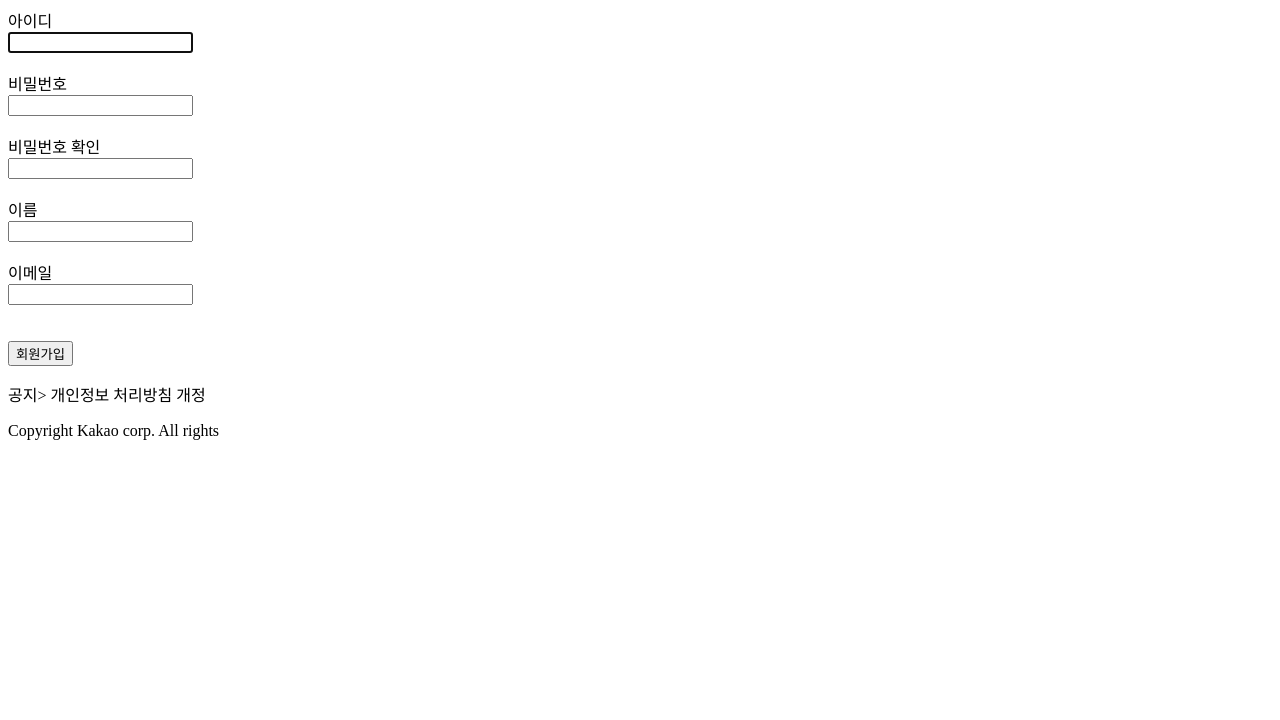
Repository: pokrogo2/test_repository
Page: http://localhost/ex_model2/member/join.jsp
An editor plug-in stored every save of this project. The page is shown before and after the next save, followed by the edit.
The browser window is 1280 px wide. The pictures show the whole page.
The page is served by Tomcat 9. Other server files are loaded and not shown.

Above is the page before, as saved 2021-06-12 19:21:31.

### ex_model2/WebContent/member/join.jsp
<%@ page language="java" contentType="text/html; charset=UTF-8"
    pageEncoding="UTF-8"%>
<!DOCTYPE html>
<html>
<head>
<meta charset="UTF-8">
<title>Insert title here</title>
</head>
<body>

<div class="join_form">
	<form action="join.m" id="f" method="post">
		<%-- 아이디 --%>
		<span class="title">아이디</span><br>
		<input type="text" name="id" id="id" autofocus><br>
		<span class="message" id="id_message"></span><br>
		<%-- 비밀번호 --%>
		<span class="title">비밀번호</span><br>
		<input type="password" name="pw" id="pw"><br>
		<span class="message" id="pw_message"></span><br>
		<%-- 비밀번호 확인 --%>
		<span class="title">비밀번호 확인</span><br>
		<input type="password" id="pw2"><br>
		<span class="message" id="pw2_message"></span><br>
		<%-- 이름 --%>
		<span class="title">이름</span><br>
		<input type="text" id="name" name="name"><br><br>
		<%-- 이메일 --%>
		<span class="title">이메일</span><br>
		<input type="text" id="email" name="email"><br>
		<span class="message" id="email_message"></span><br><br>
		<%-- 인증(캡차, SMS, 이메일) --%>
		<%-- 약관 동의 --%>
		<button>회원가입</button>
	</form>
</div>

<%@ include file="../layout/footer.jsp" %>
</body>
</html>

### ex_model2/WebContent/layout/footer.jsp
<%@ page language="java" contentType="text/html; charset=UTF-8"
    pageEncoding="UTF-8"%>
	</section>
		<footer>
			<p> 공지&gt; 개인정보 처리방침 개정</p>
			<p> Copyright Kakao corp. All rights</p>


		</footer>
	</div>
</html>

### ex_model2/WebContent/layout/header.jsp
<%@ page language="java" contentType="text/html; charset=UTF-8"
    pageEncoding="UTF-8"%>
<%@taglib uri="http://java.sun.com/jsp/jstl/core" prefix="c"%>
<!DOCTYPE html>
<html>
<head>
<script src="https://code.jquery.com/jquery-3.6.0.min.js" integrity="sha256-/xUj+3OJU5yExlq6GSYGSHk7tPXikynS7ogEvDej/m4=" crossorigin="anonymous"></script>
<meta charset="UTF-8">
<title>Insert title here</title>



</head>
<body>
	<div class ="container">
		<header>
			<a href="/ex_model2/index.do">
				<img src="<%=request.getContextPath() %>/asset/images/daum.png" style="width : 200px;">
			</a>
		<p class="info">
			<c:if test ="${login==null }">
				<a href="">로그인</a>
				<a href="">회원가입</a>
			</c:if>
			<c:if test="${loginDTO != null}">
					${loginDTO.name}님 반갑습니다 ♥
					<a href="/ex_model2/logout.m">로그아웃</a>
					<a href="/ex_model2/myPage.m">마이페이지</a>
				</c:if>
			</p>
			<nav>
				<ul>
					<li><a href="/ex_model2/selectListBoardPage.b">게시판</a></li>
					<li><a href="#">메뉴2</a></li>
					<li><a href="#">메뉴3</a></li>
					<li><a href="#">메뉴4</a></li>
					<li><a href="#">메뉴5</a></li>
				</ul>
			</nav>
		</header>

		<section>

After the next save:
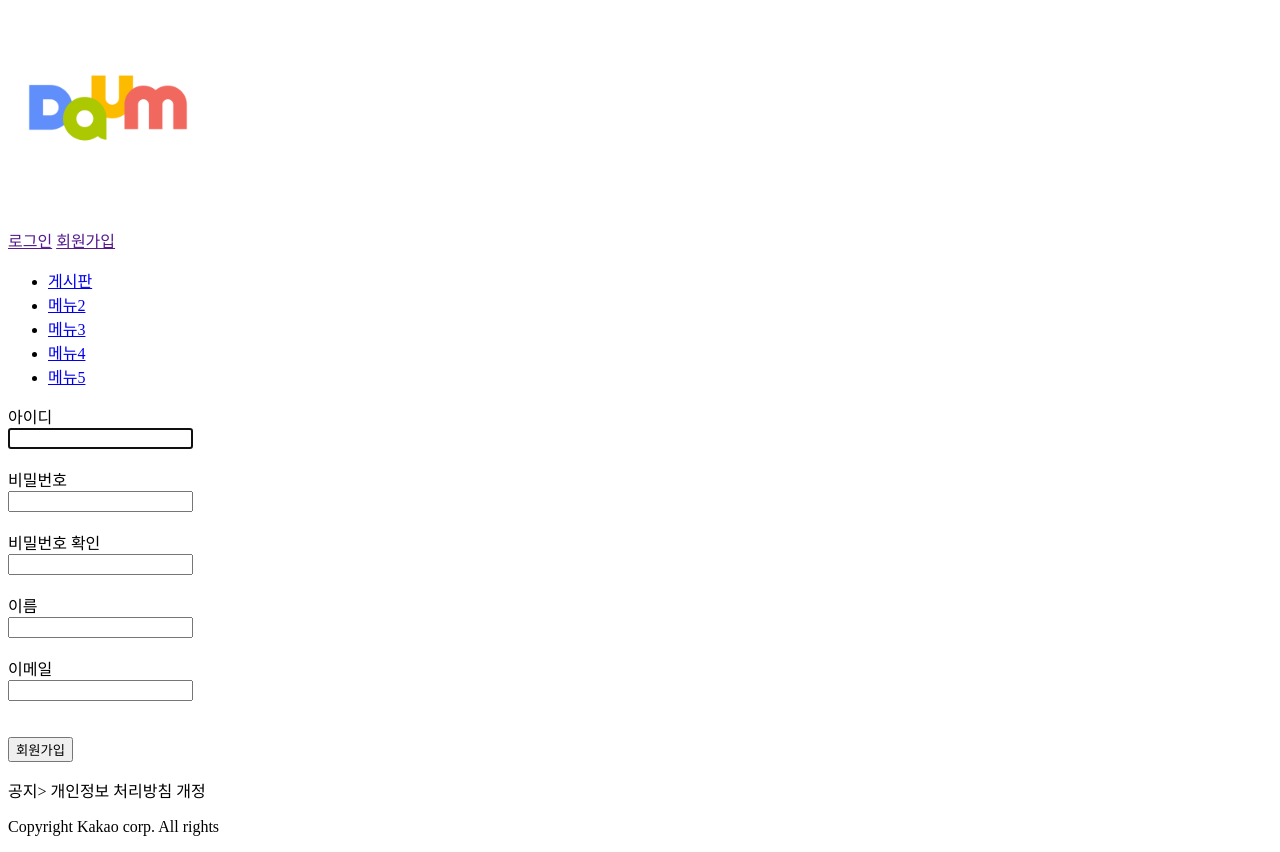
Saved 82 s later.
--- a/ex_model2/WebContent/member/join.jsp
+++ b/ex_model2/WebContent/member/join.jsp
@@ -1,11 +1,6 @@
 <%@ page language="java" contentType="text/html; charset=UTF-8"
     pageEncoding="UTF-8"%>
-<!DOCTYPE html>
-<html>
-<head>
-<meta charset="UTF-8">
-<title>Insert title here</title>
-</head>
+<%@ include file="../layout/header.jsp" %>
 <body>
 
 <div class="join_form">
